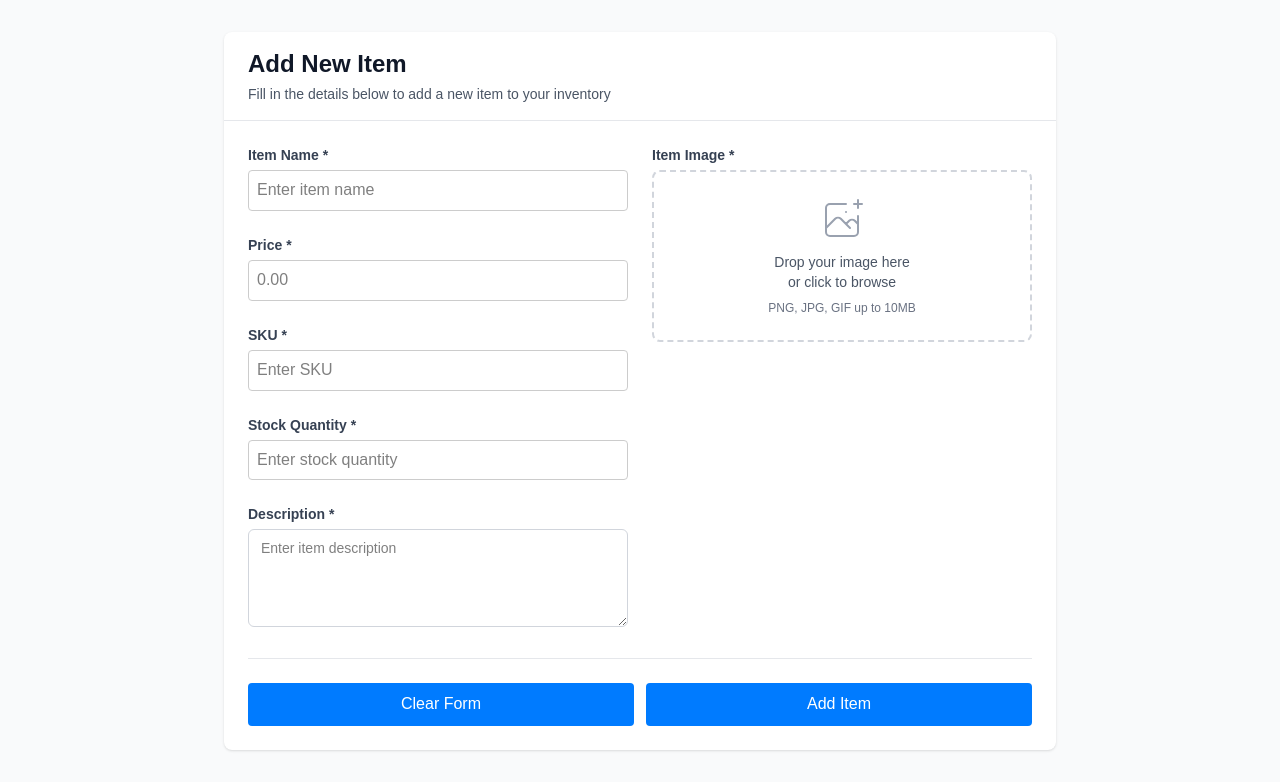
Repository: hasithadil/ms-frontend
Page: /addItem (app in my-react-app/)
An editor plug-in stored every save of this project. The page is shown before and after the next save, followed by the edit.
The browser window is 1280 px wide. The pictures show the whole page.
The project was rebuilt for these pictures with package versions that can differ from the ones it lists, and the page was loaded fresh each time. Also part of the build but not shown: my-react-app/vite.config.js, my-react-app/src/components/client/Login.jsx, my-react-app/src/components/client/Home.jsx, my-react-app/src/components/client/Order.jsx, my-react-app/src/components/client/Cart.jsx, my-react-app/src/components/wm/WmHome.jsx, my-react-app/src/components/dp/DpHome.jsx, my-react-app/src/pages/register.jsx and 2 more.

Above is the page before, as saved 2025-09-20 15:37:41.

After the next save:
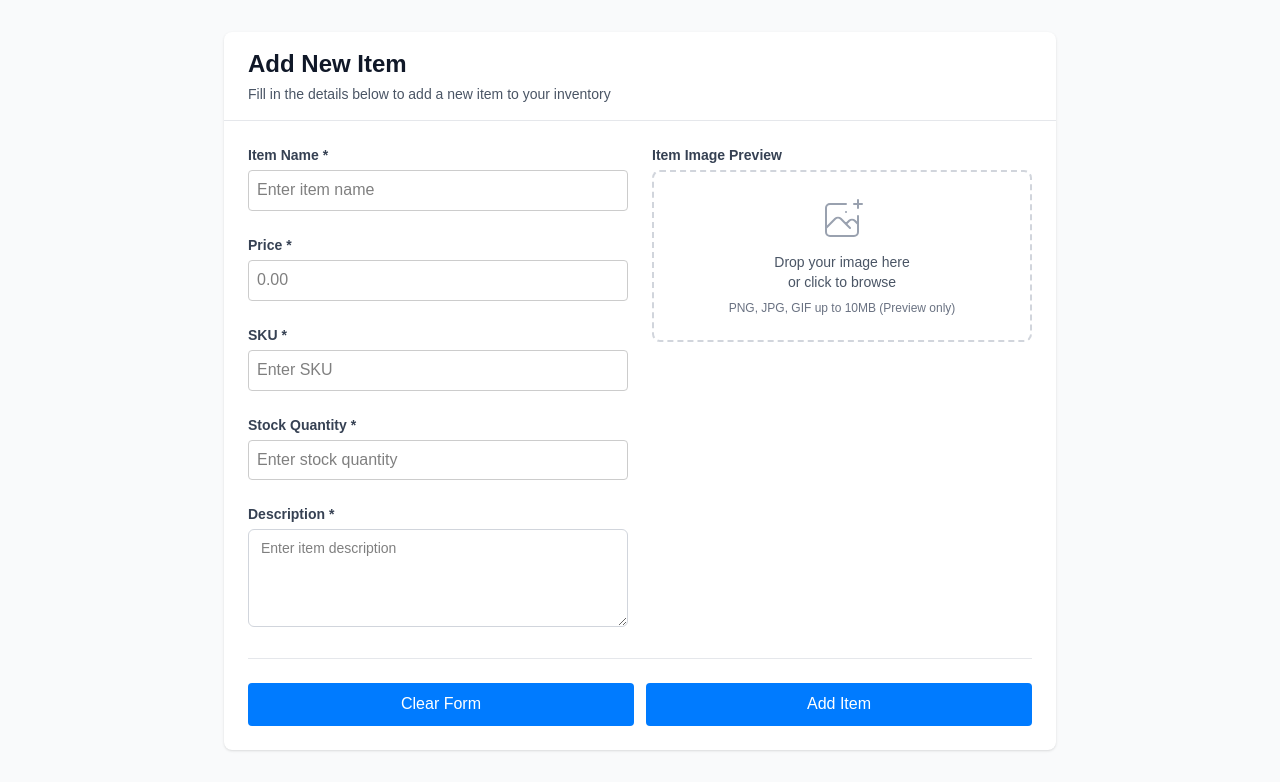
Saved 7 min 12 s later.
--- a/my-react-app/src/components/wm/AddItem.jsx
+++ b/my-react-app/src/components/wm/AddItem.jsx
@@ -67,20 +67,18 @@ export default function AddItem() {
       return;
     }
 
-    const formData = new FormData();
-    formData.append('name', name);
-    formData.append('price', parseFloat(price));
-    formData.append('sku', sku);
-    formData.append('stock', parseInt(stock));
-    formData.append('description', description);
-    if (image) {
-      formData.append('image', image);
-    }
+    const itemData = {
+      name,
+      price: parseFloat(price),
+      sku,
+      stock: parseInt(stock),
+      description
+    };
 
     try {
-      const response = await axios.post("http://localhost:8085/cms/items/add", formData, {
+      const response = await axios.post("http://localhost:8085/cms/items/add", itemData, {
         headers: {
-          'Content-Type': 'multipart/form-data',
+          'Content-Type': 'application/json',
           'Authorization': `Bearer ${token}`,
         },
       });
@@ -205,11 +203,11 @@ export default function AddItem() {
                 </div>
               </div>
 
-              {/* Right Column - Image Upload */}
+              {/* Right Column - Image Preview */}
               <div className="space-y-6">
                 <div>
                   <label className="block text-sm font-medium text-gray-700 mb-2">
-                    Item Image *
+                    Item Image Preview
                   </label>
 
                   {/* Drag and Drop Area */}
@@ -269,7 +267,7 @@ export default function AddItem() {
                           <p>or click to browse</p>
                         </div>
                         <p className="text-xs text-gray-500">
-                          PNG, JPG, GIF up to 10MB
+                          PNG, JPG, GIF up to 10MB (Preview only)
                         </p>
                       </div>
                     )}
